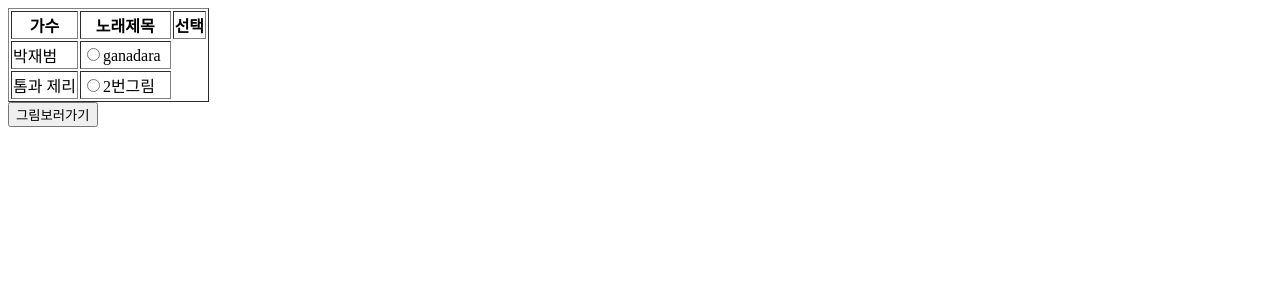
Repository: SimpleRan/jsp_paractice2
Page: http://localhost/JSPBasic/jspobject/qiuz/music.jsp
These files come from the project's save history. The page is drawn as it stood at one moment and after the next save; the edit follows.
The browser window is 1280 px wide. The pictures show the whole page.
The page is served by Tomcat 9.

Above is the page before, as saved 2022-03-28 09:39:56.

### JSPBasic/src/main/webapp/jspobject/qiuz/music.jsp
<%@ page language="java" contentType="text/html; charset=UTF-8"
    pageEncoding="UTF-8"%>
<!DOCTYPE html>
<html>
<head>
<meta charset="UTF-8">
<title>Insert title here</title>
</head>
<body>
<!-- music.jsp  에는 테이블 형태로 가수, 노래제목, checkbox를 두시고
곡은 3곡이상 두세요. music_result.jsp에서는 music.jsp에서 보낸 노래제목을 받아서 감지한다음
유튜브 영상 주로로 리다이렉트 시키게 해주세요. -->
	<form aciton = "music_result.jsp" method="post">
	 <table border ="1">
	  <thead>
	    <th> 가수 </th>
	    <th> 노래제목 </th>
	    <th> 선택 </th>
	  </thead>
	  <tbody>
	   <tr>
	    <td>박재범</td>
	    <td><input type="radio" name="music" value="ganadara">ganadara &nbsp; </td>
	   </tr>
	   <tr>
	    <td>톰과 제리</td>
	    <td><input type="radio" name="photo" value="2번그림">2번그림 &nbsp; </td>
	   </tr>
	  </tbody>
	 </table>

	 <input type= "submit" class="btn btn-primary" value="그림보러가기"/>
	</form>
</body>
</html>

After the next save:
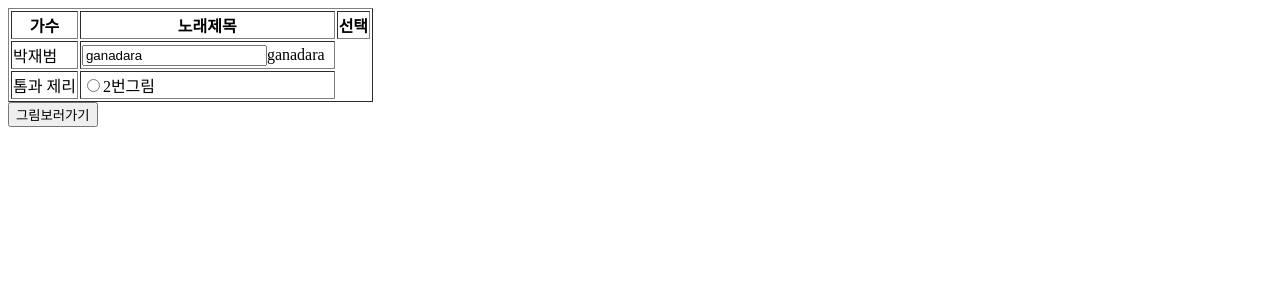
Saved 6 s later.
--- a/JSPBasic/src/main/webapp/jspobject/qiuz/music.jsp
+++ b/JSPBasic/src/main/webapp/jspobject/qiuz/music.jsp
@@ -20,7 +20,7 @@
 	  <tbody>
 	   <tr>
 	    <td>박재범</td>
-	    <td><input type="radio" name="music" value="ganadara">ganadara &nbsp; </td>
+	    <td><input name="music" value="ganadara">ganadara &nbsp; </td>
 	   </tr>
 	   <tr>
 	    <td>톰과 제리</td>
